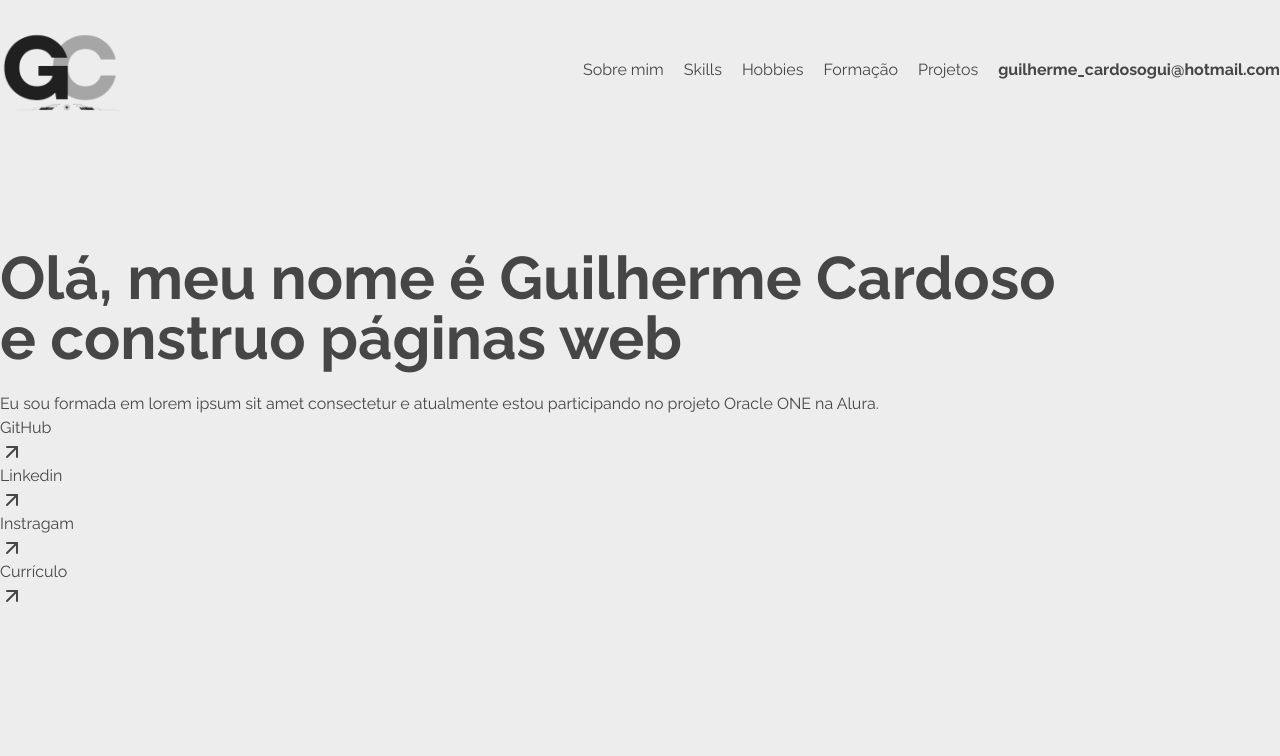
Repository: guilhermecardoso93/portfolio-alura-desafio
Page: /
An editor plug-in stored every save of this project. The page is shown before and after the next save, followed by the edit.
The browser window is 1280 px wide. The pictures show the whole page.
The project was rebuilt for these pictures with package versions that can differ from the ones it lists, and the page was loaded fresh each time. Also part of the build but not shown: vite.config.js.

Above is the page before, as saved 2024-04-06 20:07:34.

After the next save:
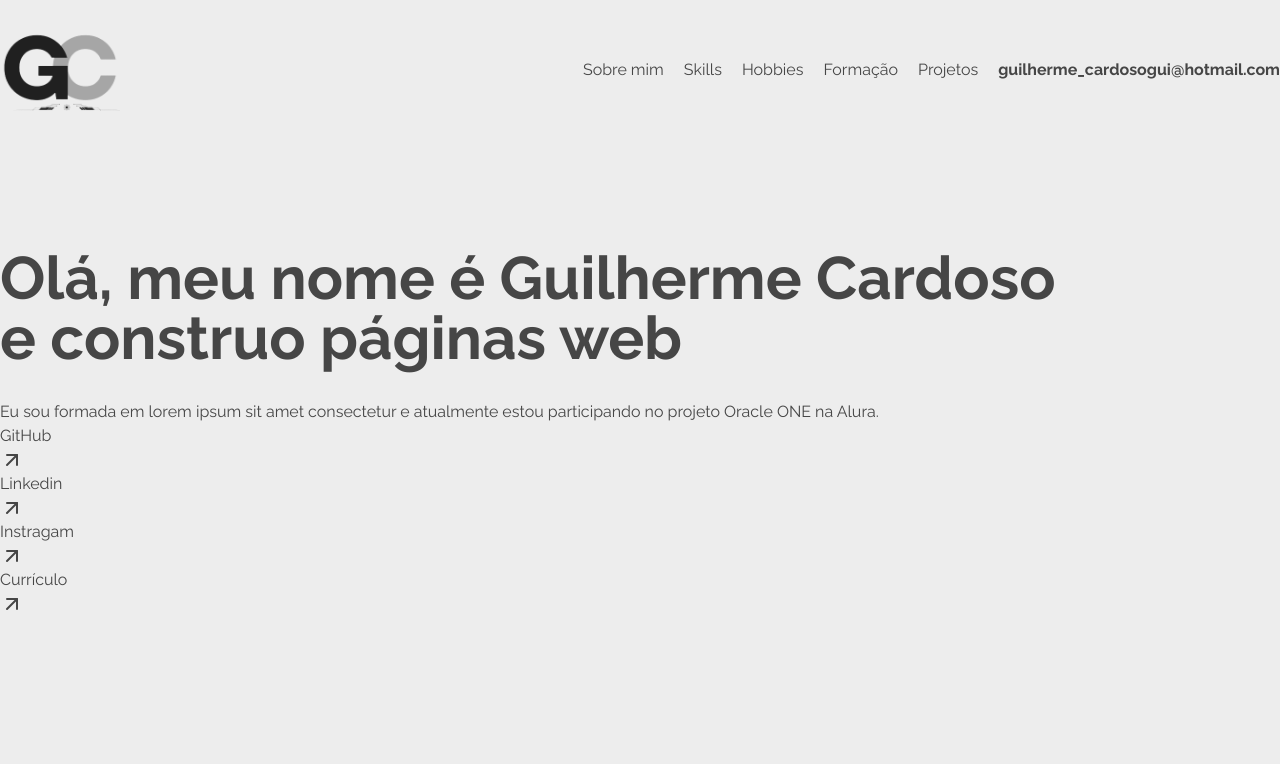
Saved 5 s later.
--- a/src/components/hero.jsx
+++ b/src/components/hero.jsx
@@ -3,7 +3,7 @@
 export function Hero() {
   return (
     <main className="py-32 gap-6">
-      <h1 className="text-6xl font-bold pb-6">
+      <h1 className="text-6xl font-bold pb-8">
         Olá, meu nome é Guilherme Cardoso
         <br /> e construo páginas web
       </h1>
